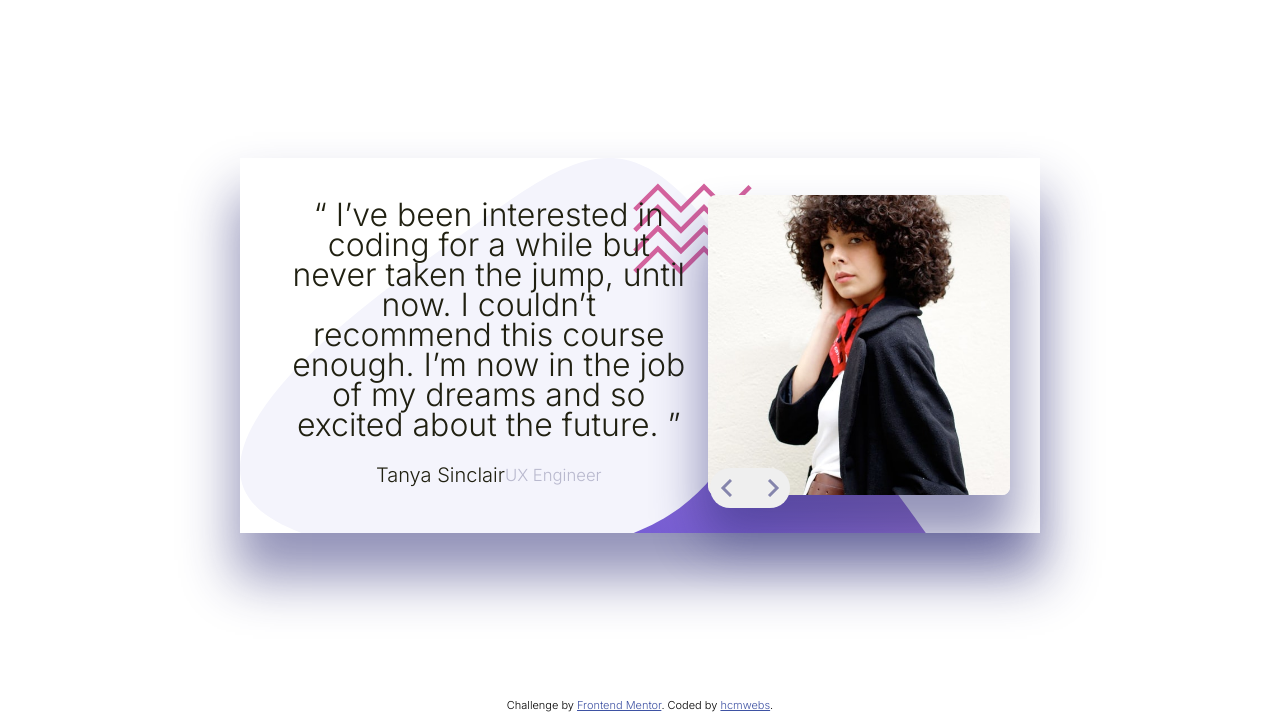
Repository: Hcmwebs/Coding-Bootcamp-Testimonials
Page: index.html
An editor plug-in stored every save of this project. The page is shown before and after the next save, followed by the edit.
The browser window is 1280 px wide. The pictures show the whole page.
The style sheet was rebuilt from its Sass, Less or Tailwind sources for each picture, by a compiler version that may differ from the author's.

Above is the page before, as saved 2020-10-31 07:56:00.

After the next save:
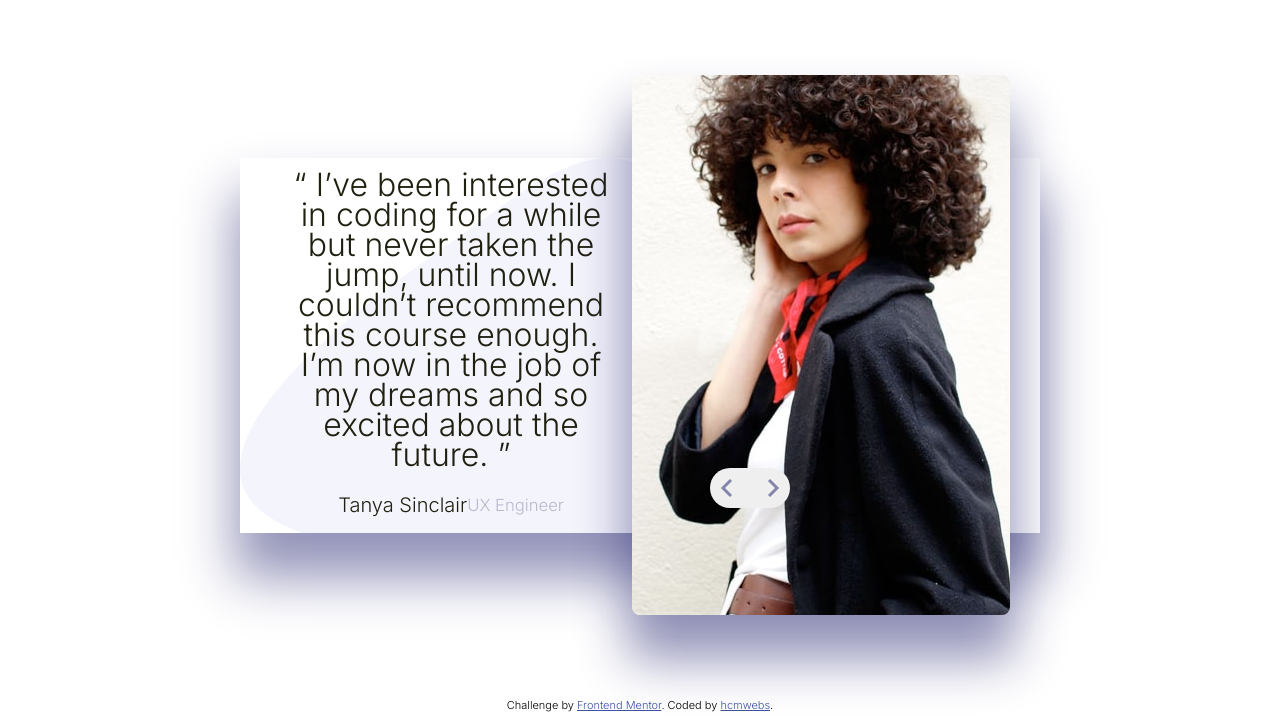
Saved 2 min 3 s later.
--- a/scss/main.scss
+++ b/scss/main.scss
@@ -162,7 +162,8 @@ body{
     background-size: cover;
 
     &__header{
-      width: 350px;
+      width: 540px;
+      height: 540px;
     }
 
     &__body{
